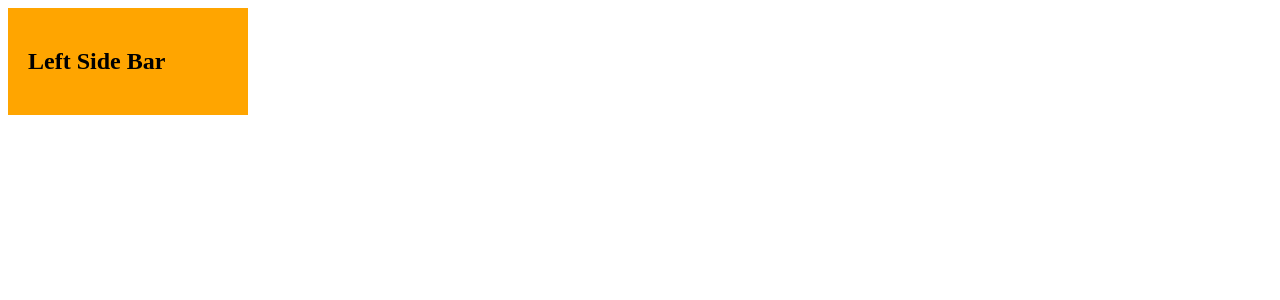
Repository: lixinso/html5
Page: workspace/CSS3/WebContent/layout/layout_box_layout.html
The author's editor kept a copy of each file at every save. The page is drawn from the files as they stood at one save, then again after the next save.
The browser window is 1280 px wide. The pictures show the whole page.

Above is the page before, as saved 2011-05-28 16:14:59.

### workspace/CSS3/WebContent/layout/layout_box_layout.html
<?xml version="1.0" encoding="UTF-8" ?>
<!DOCTYPE html PUBLIC "-//W3C//DTD XHTML 1.0 Transitional//EN" "http://www.w3.org/TR/xhtml1/DTD/xhtml1-transitional.dtd">
<html xmlns="http://www.w3.org/1999/xhtml">
<head>
<meta http-equiv="Content-Type" content="text/html; charset=UTF-8" />
<title>Insert title here</title>
<style type="text/css">

	#container{
		display: -webkit-box;
	}
	#left-sidebar{
		width: 200px;
		padding: 20px;
		background-color: orange;
	}
	#contents{
		width: 300px;
		padding: 20px;
		background-color: yellow;
	}
	#right-sidebar, #contents, #right-sidebar{
		-webkit-box-sizing: border-box;
	}

</style>
</head>
<body>

	<div id="container">
		<div id="left-sidebar">
			<h2>Left Side Bar</h2>

		</div>

	</div>

</body>
</html>

After the next save:
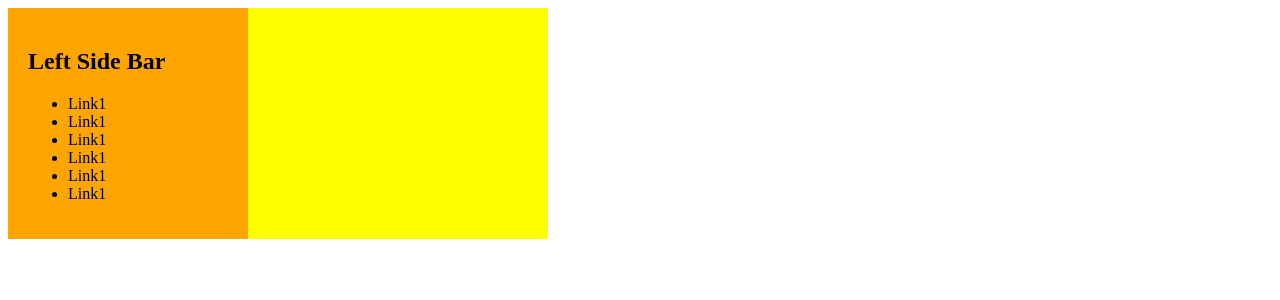
Saved 2 min 33 s later.
--- a/workspace/CSS3/WebContent/layout/layout_box_layout.html
+++ b/workspace/CSS3/WebContent/layout/layout_box_layout.html
@@ -30,6 +30,16 @@
 	<div id="container">
 		<div id="left-sidebar">
 			<h2>Left Side Bar</h2>
+			<ul>
+				<li>Link1</li>
+				<li>Link1</li>
+				<li>Link1</li>
+				<li>Link1</li>
+				<li>Link1</li>
+				<li>Link1</li>
+			</ul>
+		</div>
+		<div id="contents">
 
 		</div>
 
